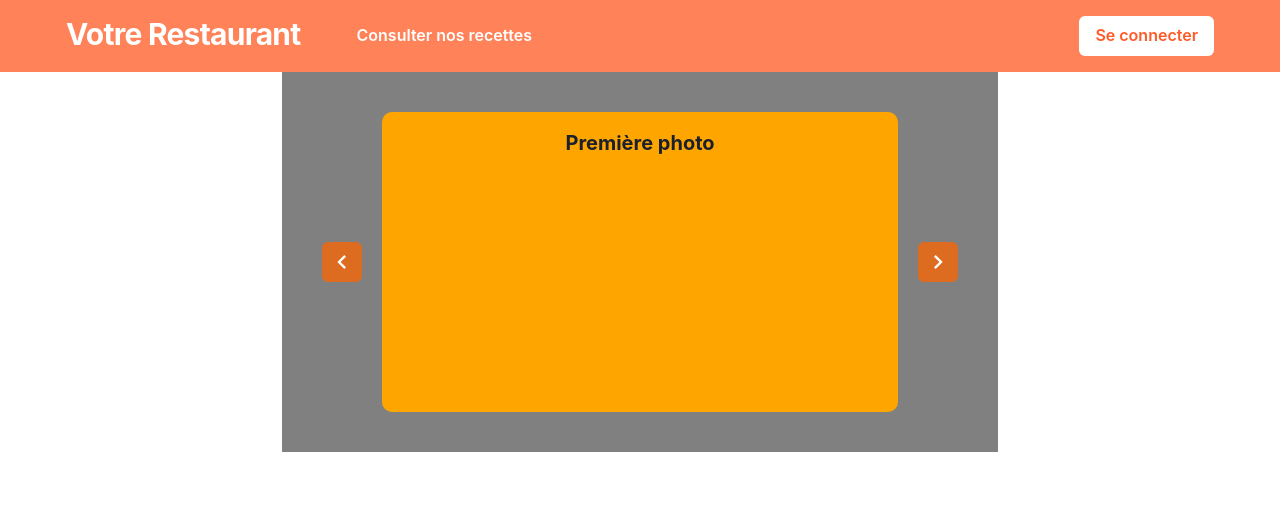
Repository: Ecaron76/tp-restau-next
Page: /
These files come from the project's save history. The page is drawn as it stood at one moment and after the next save; the edit follows.
The browser window is 1280 px wide. The pictures show the whole page.
The project was rebuilt for these pictures with package versions that can differ from the ones it lists, and the page was loaded fresh each time. The framework's server and built-in components were replaced by stand-ins that run in the browser. Also part of the build but not shown: next.config.mjs.

Above is the page before, as saved 2024-02-25 19:14:48.

### src/app/layout.tsx
'use client'

import { Inter } from "next/font/google";
import "./globals.css";
import { ChakraProvider, extendTheme  } from '@chakra-ui/react'
import Header from "@/components/Header/Header";
const theme = extendTheme({
  colors: {
    brand: {
      50: '#ffeee6',
      100: '#ffc7b7',
      200: '#ffa788',
      300: '#ff8259',
      400: '#ff5b29',
      500: '#ff3300',
      600: '#cc2900',
      700: '#991f00',
      800: '#661600',
      900: '#330c00',
    },
  },
});



export function Providers({ children }: { children: React.ReactNode }) {
  return <ChakraProvider theme={theme}>{children}</ChakraProvider>
}

export default function RootLayout({
  children,
}: Readonly<{
  children: React.ReactNode;
}>) {
  return (
    <html lang="en">
      <body>
        <Providers>{children}</Providers>
      </body>
    </html>
  );
}

### src/app/page.tsx
"use client"
import Image from "next/image";

import Header from "@/components/Header/Header";
import PageContainer from "@/components/PageContainer/PageContainer";
import SliderResto from "@/components/SliderResto/SliderResto";
import Slider from "react-slick";
import { Box } from "@chakra-ui/react";
const settings = {
  dots: true,
  infinite: true,
  speed: 500,
  slidesToShow: 1,
  slidesToScroll: 1,
};
export default function Home() {
  return (
    <main >
      <Header />
      <PageContainer>
        <SliderResto />
      </PageContainer>
    </main>
  );
}

### src/app/globals.css
:root {
  --max-width: 1100px;
  --border-radius: 12px;
  --font-mono: ui-monospace, Menlo, Monaco, "Cascadia Mono", "Segoe UI Mono",
    "Roboto Mono", "Oxygen Mono", "Ubuntu Monospace", "Source Code Pro",
    "Fira Mono", "Droid Sans Mono", "Courier New", monospace;

  --foreground-rgb: 0, 0, 0;
  --background-start-rgb: 214, 219, 220;
  --background-end-rgb: 255, 255, 255;

  --primary-glow: conic-gradient(
    from 180deg at 50% 50%,
    #16abff33 0deg,
    #0885ff33 55deg,
    #54d6ff33 120deg,
    #0071ff33 160deg,
    transparent 360deg
  );
  --secondary-glow: radial-gradient(
    rgba(255, 255, 255, 1),
    rgba(255, 255, 255, 0)
  );

  --tile-start-rgb: 239, 245, 249;
  --tile-end-rgb: 228, 232, 233;
  --tile-border: conic-gradient(
    #00000080,
    #00000040,
    #00000030,
    #00000020,
    #00000010,
    #00000010,
    #00000080
  );

  --callout-rgb: 238, 240, 241;
  --callout-border-rgb: 172, 175, 176;
  --card-rgb: 180, 185, 188;
  --card-border-rgb: 131, 134, 135;
}

@media (prefers-color-scheme: dark) {
  :root {
    --foreground-rgb: 255, 255, 255;
    --background-start-rgb: 0, 0, 0;
    --background-end-rgb: 0, 0, 0;

    --primary-glow: radial-gradient(rgba(1, 65, 255, 0.4), rgba(1, 65, 255, 0));
    --secondary-glow: linear-gradient(
      to bottom right,
      rgba(1, 65, 255, 0),
      rgba(1, 65, 255, 0),
      rgba(1, 65, 255, 0.3)
    );

    --tile-start-rgb: 2, 13, 46;
    --tile-end-rgb: 2, 5, 19;
    --tile-border: conic-gradient(
      #ffffff80,
      #ffffff40,
      #ffffff30,
      #ffffff20,
      #ffffff10,
      #ffffff10,
      #ffffff80
    );

    --callout-rgb: 20, 20, 20;
    --callout-border-rgb: 108, 108, 108;
    --card-rgb: 100, 100, 100;
    --card-border-rgb: 200, 200, 200;
  }
}

* {
  box-sizing: border-box;
  padding: 0;
  margin: 0;
}

html,
body {

  overflow-x: hidden;
}

body {
  color: rgb(var(--foreground-rgb));
  background: linear-gradient(
      to bottom,
      transparent,
      rgb(var(--background-end-rgb))
    )
    rgb(var(--background-start-rgb));
}

a {
  color: inherit;
  text-decoration: none;
}

@media (prefers-color-scheme: dark) {
  html {
    color-scheme: dark;
  }
}

### src/components/Header/Header.tsx
import { Box, Flex, Heading, Spacer, Button } from '@chakra-ui/react';
import NextLink from 'next/link'; // Pour gérer la navigation entre les pages

const Header = () => {
  return (
    <Box bg="brand.300" p={4} color="white">
      <Flex alignItems="center" maxW="100%" marginLeft={'50px'} marginRight={'50px'} justifyContent='space-between'>
        {/* Logo ou Nom du restaurant */}
        <Box display={'flex'} gap={10}>
        <Heading as="h1" size="lg" letterSpacing="tight">
          <NextLink href="/" passHref>
              Votre Restaurant
          </NextLink>
        </Heading>
        <Box>
          <NextLink href="/recettes" passHref>
            <Button  variant="ghost" color={'white'}>
              Consulter nos recettes
            </Button>
          </NextLink>
        </Box>
        </Box>
        <Box>
          <NextLink href="/login" passHref>
            <Button  variant="ghost" color={'brand.400'} bg={'white'}>
              Se connecter
            </Button>
          </NextLink>
        </Box>
      </Flex>
    </Box>
  );
};

export default Header;

### src/components/PageContainer/PageContainer.tsx
import { Box } from "@chakra-ui/react";

export default function PageContainer({children}: {children: React.ReactNode}) {
    return (
      <Box marginRight={'22%'}marginLeft={'22%'} bg="grey" padding={10}>
        {children}
      </Box>
    )
  }

### src/components/SliderResto/SliderResto.tsx
import { ChevronLeftIcon, ChevronRightIcon } from "@chakra-ui/icons";
import { Box, Button, HStack, IconButton, Text } from "@chakra-ui/react";
import { useState } from "react";

export default function SliderResto() {
    const [currentSlide, setCurrentSlide] = useState(0);
    const slides = [
        { id: 1, title: 'Première photo', },
        { id: 2, title: 'Deuxième photo',  },
        { id: 3, title: 'Troisième photo',  },
      ];

      const goToNextSlide = () => {
        setCurrentSlide((prevSlide: number) => (prevSlide + 1) % slides.length);
      };

      const goToPrevSlide = () => {
        setCurrentSlide((prevSlide: number) => (prevSlide - 1 + slides.length) % slides.length);
      };
  return (
    <Box position="relative" textAlign="center" >
      <Box display={'flex'} justifyContent={'center'} alignItems={'center'} gap={5}>
        <IconButton
          onClick={goToPrevSlide}
          icon={<ChevronLeftIcon boxSize={7} />}
          colorScheme="orange"
          size="md"
          aria-label="Précédent"
        />
        <Box position="relative" textAlign="center" p={4} bg={'orange'} width={600} height={300} borderRadius={10}>
          <Text fontSize="xl" fontWeight="bold" mb={2}>
            {slides[currentSlide].title}
          </Text>
        </Box>
        <IconButton
          onClick={goToNextSlide}
          icon={<ChevronRightIcon boxSize={7} />}
          colorScheme="orange"
          size="md"
          aria-label="Suivant"
        />
      </Box>

    </Box>
  );
}

After the next save:
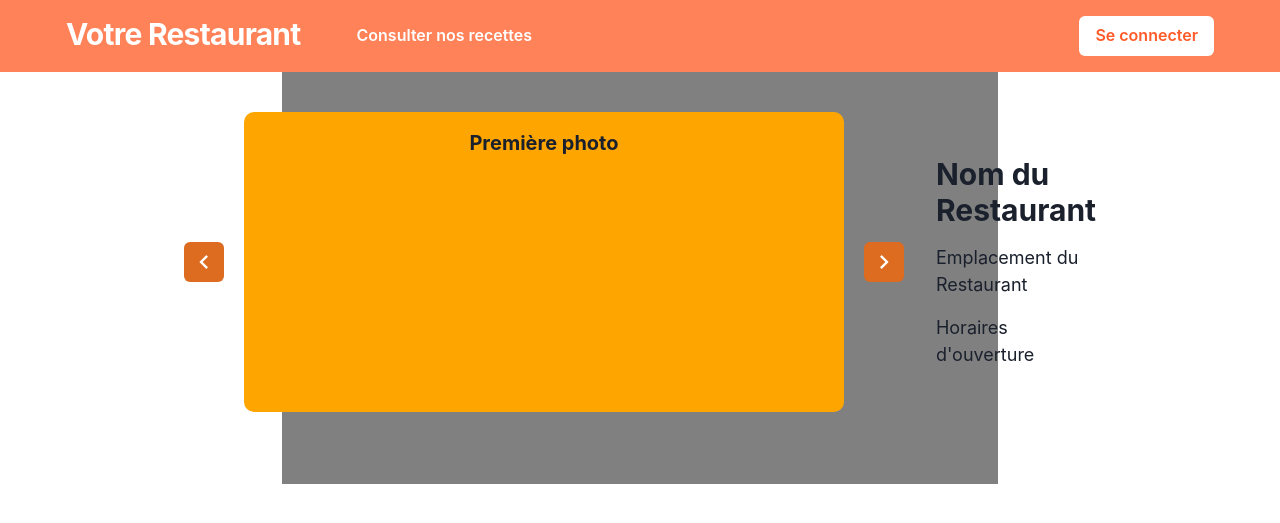
Saved 6 min 59 s later.
--- a/src/app/page.tsx
+++ b/src/app/page.tsx
@@ -5,7 +5,7 @@ import Header from "@/components/Header/Header";
 import PageContainer from "@/components/PageContainer/PageContainer";
 import SliderResto from "@/components/SliderResto/SliderResto";
 import Slider from "react-slick";
-import { Box } from "@chakra-ui/react";
+import { Box, Flex, Heading, Text } from "@chakra-ui/react";
 const settings = {
   dots: true,
   infinite: true,
@@ -14,11 +14,35 @@ const settings = {
   slidesToScroll: 1,
 };
 export default function Home() {
+  const restaurantData = {
+    name: 'Nom du Restaurant',
+    location: 'Emplacement du Restaurant',
+    hours: 'Horaires d\'ouverture',
+    // Ajoutez d'autres données nécessaires
+  };
   return (
     <main >
       <Header />
       <PageContainer>
+
+        <Flex direction={['column', 'column', 'row']} align="center" justify="center" mb={8}>
         <SliderResto />
+        {/* Image du restaurant */}
+
+        {/* Informations du restaurant */}
+        <Box ml={[0, 0, 8]} mt={[4, 4, 0]}>
+          <Heading as="h1" fontSize="3xl" mb={4}>
+            {restaurantData.name}
+          </Heading>
+          <Text fontSize="lg" mb={4}>
+            {restaurantData.location}
+          </Text>
+          <Text fontSize="lg">
+            {restaurantData.hours}
+          </Text>
+          {/* Ajoutez d'autres informations sur le restaurant ici */}
+        </Box>
+      </Flex>
       </PageContainer>
     </main>
   );
